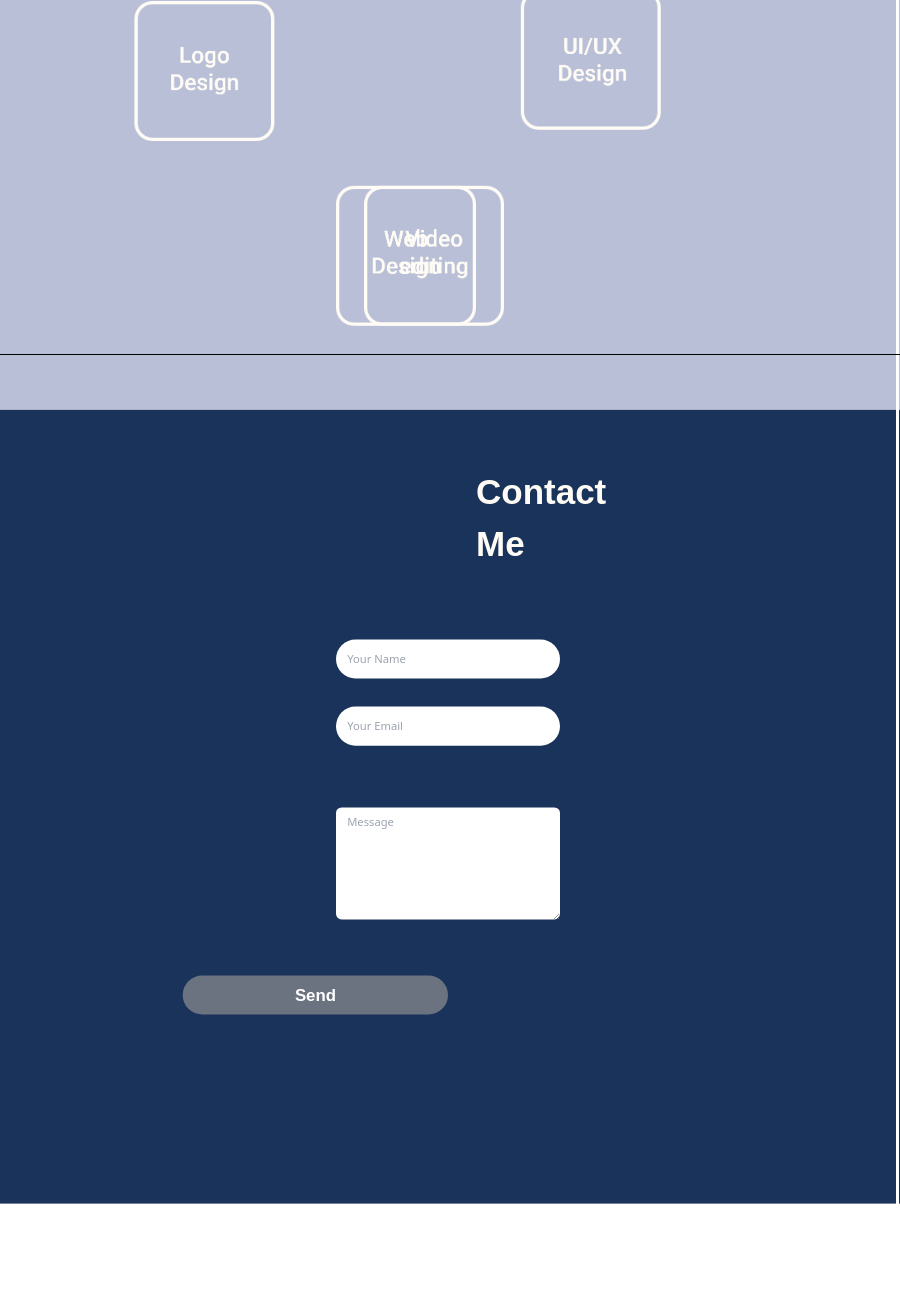
Repository: MEROO1010/my_portfolio
Page: /
An editor plug-in stored every save of this project. The page is shown before and after the next save, followed by the edit.
The browser window is 1280 px wide. The page is 1285 px wide, so the pictures cover 1285 px, including what lies to the right of the window. The pictures show the part of the page from y = 2398 to 4278 px (the page is 4278 px tall), at 70% of full size.
The project was rebuilt for these pictures with package versions that can differ from the ones it lists, and the page was loaded fresh each time. The framework's server and built-in components were replaced by stand-ins that run in the browser. Also part of the build but not shown: next.config.js.

Above is the page before, as saved 2023-08-17 09:42:38.

### pages/_app.tsx
import '../styles/globals.css'
import type { AppProps } from 'next/app'
import 'tailwindcss/tailwind.css'


function MyApp({ Component, pageProps }: AppProps) {
  return <Component {...pageProps} />
}

export default MyApp

### pages/index.tsx
import type { NextPage } from 'next'
import AboutMe from './components/AboutMe'
import ContactMe from './components/ContactMe'
import Experience from './components/Experience'
import HomePage from './components/HomePage'
import Services from './components/Services'

const Home: NextPage = () => {
  return (
    <div>
      <HomePage/>
      <AboutMe/>
      <Experience/>
      <Services/>
      <ContactMe/>
    </div>
  )
}

export default Home

### styles/globals.css
@tailwind base;
@tailwind components;
@tailwind utilities;
@import url('https://fonts.googleapis.com/css2?family=Raleway:ital,wght@0,400;0,500;0,600;0,700;1,500;1,600&display=swap')

### pages/components/AboutMe.tsx
import React from 'react'
import Image from 'next/image'


const AboutMe = () => {
  return (
    <div >


        <div className="  relative my-80 pt-80  top-40  ">
        <Image src="/assets/images/bg2.png" alt="laptop" width={1920} height={5106}/>
        </div>



        <div className=" text-[#FFFCF6] relative right-20 bottom-40     ">
            <div className=" absolute  mx-60 my-2 py-80 bottom-80  left-24
 ">
            <h1 className="  font-raleway font-bold  text-[50px]">About me</h1>
            <br/>
            </div>
            <div className="absolute  mx-24  bottom-40 left-24 ">
            <p className='font-raleway  font-medium   text-[50px]'>
            My name is Marwah Alsaggaf,<br/> and I'm software-developer <br/>
            and graphic designer. I <br/>
            graduated from Arab open <br/> university with a major in
             <br/> Information Technology and Computing
            </p>
            </div>
        </div>

    </div>
  )
}

export default AboutMe

### pages/components/ContactMe.tsx
import React from 'react'
import Form from './Form'


const ContactMe = () => {
  return (
    <div className=" relative py-80   bottom-40   bg-[#19335A]">
          <div className="h-100 ">
        <div>
          <h1 className= " absolute py-20 px-80 mx-10 top-0 left-80 font-raleway font-bold  text-[50px] text-[#FFFCF6]">Contact Me</h1>

       </div>
        <Form/>
        </div>
    </div>
  )
}

export default ContactMe

### pages/components/Experience.tsx
import React from "react";
import Image from "next/image";
import { motion } from "framer-motion";

const Experience = () => {
  return (
    <div className="relative py-0 bottom-40" >
      <div className="bg-[#19335A]">
        <div className="absolute px-80 py-20 mx-80 left-20  ">
          <h1 className="text-[#FFFCF6] text-[46px]  font-raleway font-bold ">
            Experience
          </h1>
        </div>
        <motion.div
          className="relative mx-80 px-60 top-80  left-80"
          whileHover={{ scale: 1.2, rotate: 360 }}
          whileTap={{
            scale: 0.8,
            rotate: -360,
            borderRadius: "100%",
          }}
        >
          <Image
            src="/assets/images/programming-languges.png"
            alt="laptop"
            width={542}
            height={542}
          />
        </motion.div>
        <div></div>

        <motion.div className="relative mx-10   px-20  bottom-48  left-8"
        whileHover={{ scale: 1.2, rotate: 360 }}
        whileTap={{
          scale: 0.8,
          rotate: -360,
          borderRadius: "100%",
        }}
        >
          <Image
            src="/assets/images/software.png"
            alt="laptop"
            width={542}
            height={542}
          />
        </motion.div>
      </div>
    </div>
  );
};

export default Experience;

### pages/components/HomePage.tsx
import React from 'react'
import Image from 'next/image'


const HomePage = () => {
  return (
    <div className='bg-slate-700'>
        <Image src="/header.png" alt="Header" width={2000} height={0}/>

        <div className='mx-16 my-0 top-4  absolute	  '>
        <Image src="/my_logo_white.png" alt="My Logo" width={54} height={0}/>
        </div>

        <div>
          <ul className=' relative   float-right flex flex-col  px-8 mx-40 right-28   bottom-16   space-x-16 md:flex-row text-[#FFFCF6] text-[28px] font-raleway'>
            <li>Home</li>
            <li>About Me</li>
            <li>Skills</li>
            <li>My Work</li>
            <li>Contact Me</li>
          </ul>
        </div>


       <div className=' absolute   '>
       <Image src="/assets/images/MainPage.png" alt="main image" width={1920} height={912}/>
        {/*add About Me button*/}
       <div className='absolute px-28 my-80 mx-60 left-80 top-32 '>
       <button className='bg-[#19335A] rounded-3xl w-60 h-10  text-[20px] text-[#B8BFD6] font-raleway font-semibold shadow-xl' >About me</button>
       </div>

        {/*add my others accounts list*/}

        <div>
          <ul className=' absolute   float-right flex flex-col top-80 py-60 px-40 mx-80 left-40   space-x-8 md:flex-row '>
            <li><a href='https://github.com/MEROO1010'><Image src="/assets/images/github.png" alt="main image" width={54} height={54}/></a></li>
            <li><a href='https://www.instagram.com/meroo_alsaggaf/'><Image src="/assets/images/instagram.png" alt="main image" width={64} height={53}/></a></li>
            <li><a href='https://www.behance.net/merooalsaggaf'><Image src="/assets/images/behance.png" alt="main image" width={54} height={54}/></a></li>
            <li><a href='https://www.linkedin.com/in/marwah-alsaggaf-ba44011b2/'><Image src="/assets/images/linkedIn.png" alt="main image" width={54} height={54}/></a></li>
          </ul>
        </div>
       </div>






    </div>
  )
}

export default HomePage

### pages/components/Services.tsx
import React from 'react'
import Square from './Square'
const Services = () => {
  return (
    <div className= " relative py-80  bottom-40   bg-[#B8BFD6]">
        <div className="h-40 ">
        <div>
          <h1 className= " absolute py-20 px-40 top-0 font-raleway font-bold  text-[50px] text-[#FFFCF6]">Service</h1>
       </div>
       <Square/>
        </div>
    </div>
  )
}

export default Services

### pages/components/Form.tsx
import React from 'react'

const Form = () => {
  return (
    <div className="text-center">
    <input type="text" placeholder="Your Name" className="px-4 py-2 mx-4 my-2 rounded-full h-14 w-80"/><br/><br/>
    <input type="text" placeholder="Your Email" className="px-4 py-2 mx-4 my-2 rounded-full h-14 w-80"/><br/>
    <textarea placeholder="Message" className="relative px-4 py-2 mx-14 my-20  rounded-lg h-40 w-80"></textarea>
    <button type="submit" className=" absolute right-80 px-40 py-2 mx-80 my-80 font-raleway text-2xl font-semibold text-white bg-gray-500 w-100 h-14 rounded-full">Send</button>
</div>

  )
}

export default Form

### pages/components/Square.tsx
import React from 'react'
import Image from 'next/image'

const Square = () => {
  return (
    <div>
      {/*logo design*/}
       <div className="absolute py-40 mx-40 my-18 left-8 top-14 ">
       <Image src="/assets/images/logodesign.png" alt="laptop" width={200} height={200}/>
       </div>

        {/*programming*/}
       <div className="absolute py-60 px-40 mx-80 my-18 right-80 bottom-40 ">
       <Image src="/assets/images/programming.png" alt="laptop" width={200} height={200}/>
       </div>

       {/*ui-ux design*/}
       <div className="absolute py-60 mx-80 my-18 right-4 bottom-40 ">
       <Image src="/assets/images/uiux.png" alt="laptop" width={200} height={200}/>
       </div>

       {/*web design*/}
       <div className="absolute  mx-40 my-40 left-80 top-50 ">
       <Image src="/assets/images/webdesign.png" alt="laptop" width={200} height={200}/>
       </div>

       {/*video editing*/}
       <div className="absolute px-80 mx-20 my-40 right-40 top-50 ">
       <Image src="/assets/images/videoediting.png" alt="laptop" width={200} height={200}/>
       </div>
    </div>
  )
}

export default Square

### tailwind.config.js
/** @type {import('tailwindcss').Config} */
module.exports = {
   purge: ['./pages/**/*.{js,ts,jsx,tsx}', './components/**/*.{js,ts,jsx,tsx}'],
  content: [
    './pages/**/*.{js,ts,jsx,tsx}',
    './components/**/*.{js,ts,jsx,tsx}',
    './app/**/*.{js,ts,jsx,tsx}',
  ],
  theme: {
    extend:
    {
      fontFamily: {
        'raleway': ['Raleway', 'sans-serif']
      },
    },
  },
  plugins: [],
}

After the next save:
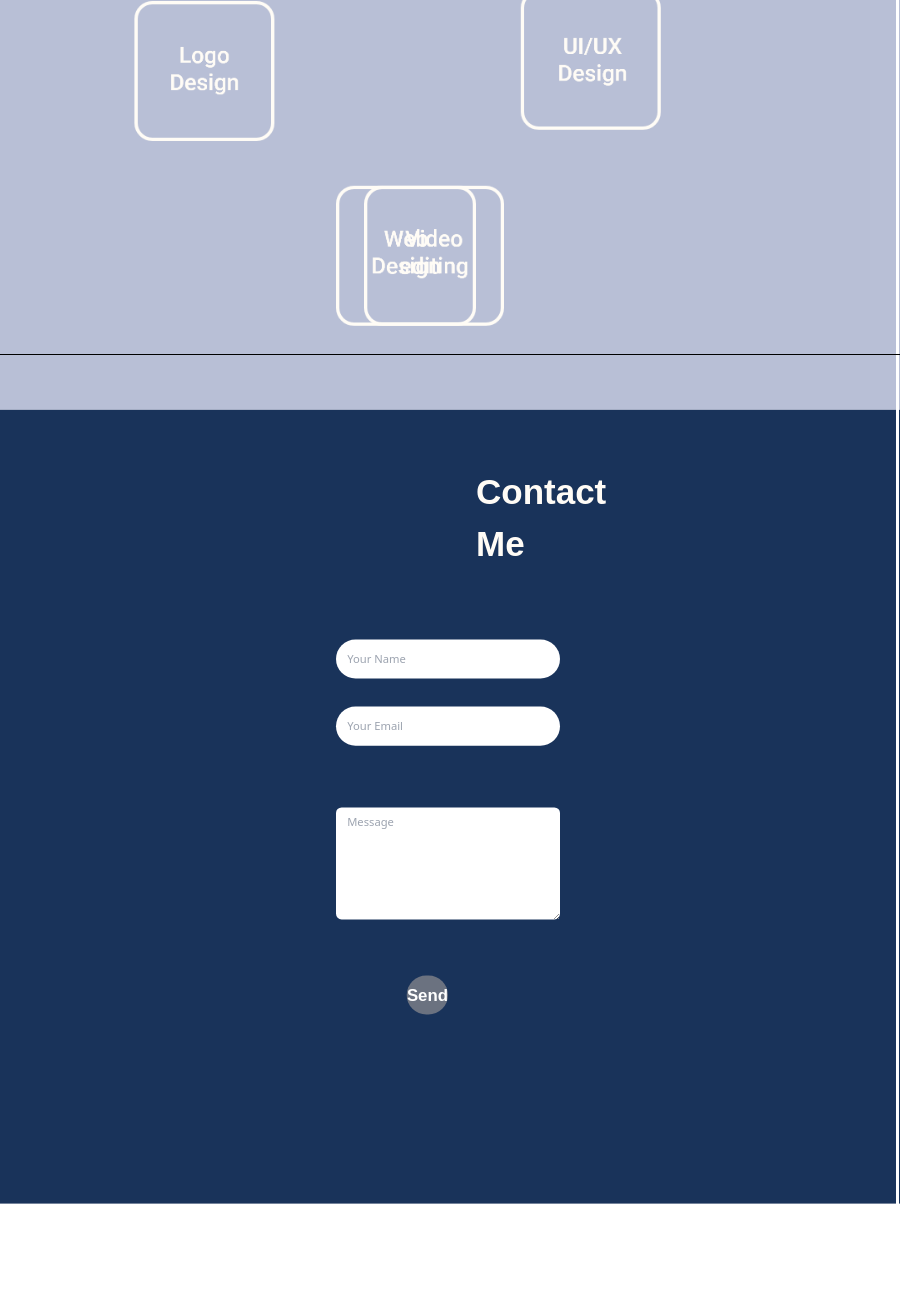
Saved 4 s later.
--- a/pages/components/Form.tsx
+++ b/pages/components/Form.tsx
@@ -6,7 +6,7 @@
     <input type="text" placeholder="Your Name" className="px-4 py-2 mx-4 my-2 rounded-full h-14 w-80"/><br/><br/>
     <input type="text" placeholder="Your Email" className="px-4 py-2 mx-4 my-2 rounded-full h-14 w-80"/><br/>
     <textarea placeholder="Message" className="relative px-4 py-2 mx-14 my-20  rounded-lg h-40 w-80"></textarea>
-    <button type="submit" className=" absolute right-80 px-40 py-2 mx-80 my-80 font-raleway text-2xl font-semibold text-white bg-gray-500 w-100 h-14 rounded-full">Send</button>
+    <button type="submit" className=" absolute right-80 px-38 py-2 mx-80 my-80 font-raleway text-2xl font-semibold text-white bg-gray-500 w-100 h-14 rounded-full">Send</button>
 </div>
 
   )

After the save that followed:
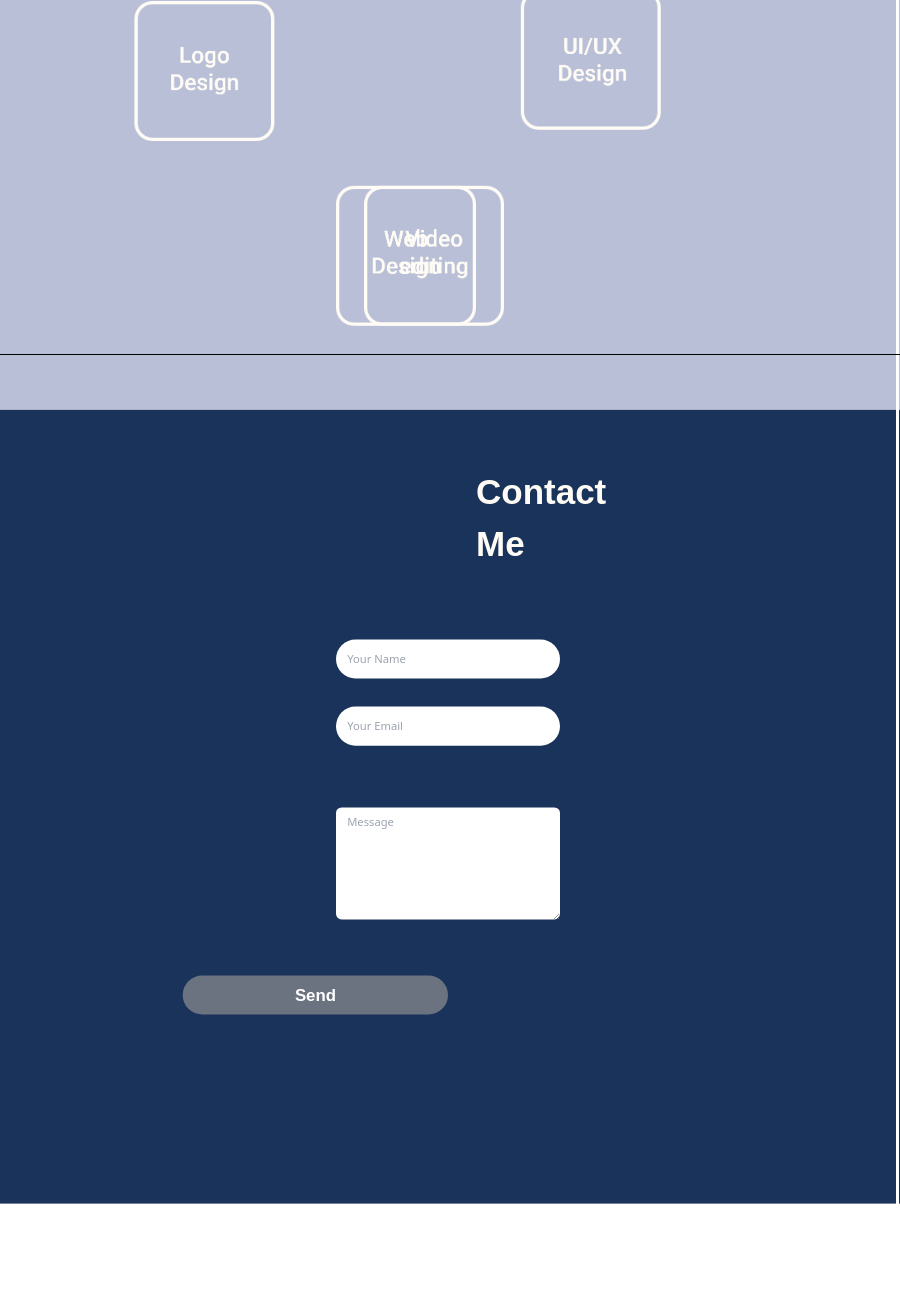
Saved 4 s later.
--- a/pages/components/Form.tsx
+++ b/pages/components/Form.tsx
@@ -6,7 +6,7 @@
     <input type="text" placeholder="Your Name" className="px-4 py-2 mx-4 my-2 rounded-full h-14 w-80"/><br/><br/>
     <input type="text" placeholder="Your Email" className="px-4 py-2 mx-4 my-2 rounded-full h-14 w-80"/><br/>
     <textarea placeholder="Message" className="relative px-4 py-2 mx-14 my-20  rounded-lg h-40 w-80"></textarea>
-    <button type="submit" className=" absolute right-80 px-38 py-2 mx-80 my-80 font-raleway text-2xl font-semibold text-white bg-gray-500 w-100 h-14 rounded-full">Send</button>
+    <button type="submit" className=" absolute right-80 px-40 py-2 mx-80 my-80 font-raleway text-2xl font-semibold text-white bg-gray-500 w-100 h-14 rounded-full">Send</button>
 </div>
 
   )
